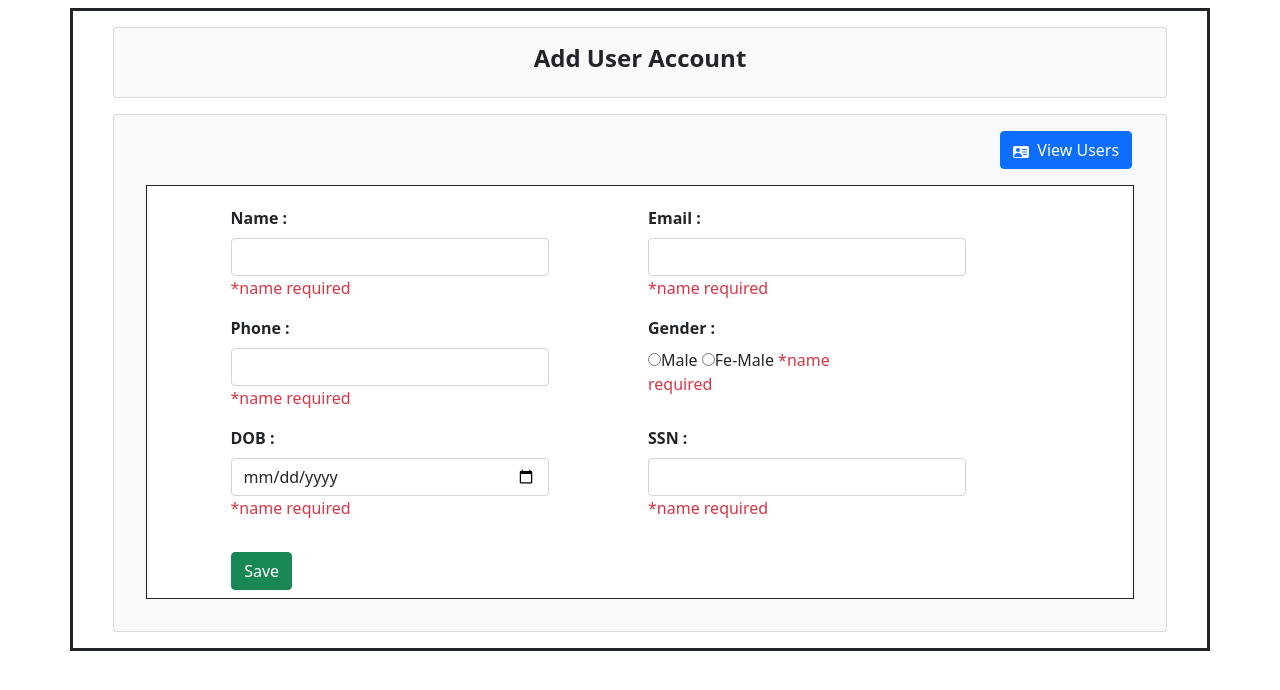
Repository: Umapathy-G/MiniProjects
Page: http://localhost/useraccount
These files come from the project's save history. The page is drawn as it stood at one moment and after the next save; the edit follows.
The browser window is 1280 px wide. The pictures show the whole page.
The page is this project's Thymeleaf template; nobody is signed in. The template is opened directly, without the code that normally fills it, so the values that code supplies are empty.

Above is the page before, as saved 2023-09-09 04:29:56.

After the next save:
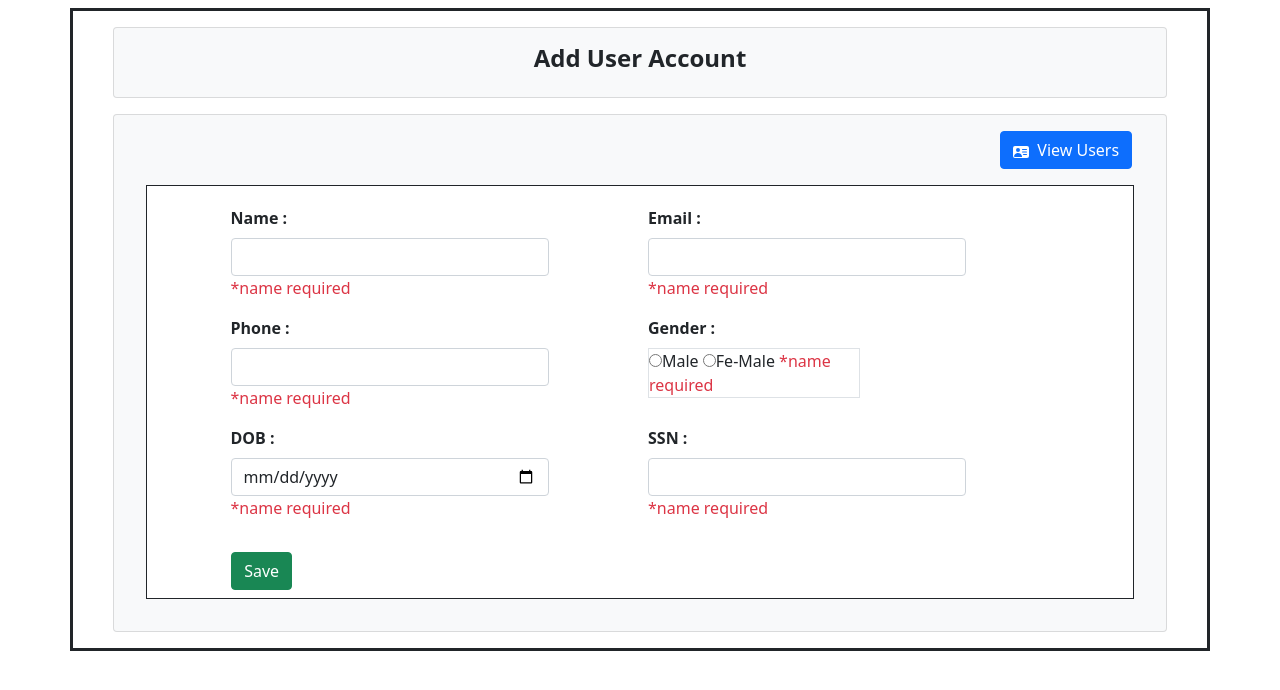
Saved 7 s later.
--- a/01-MiniProject-UserManagement/src/main/resources/templates/useraccount.html
+++ b/01-MiniProject-UserManagement/src/main/resources/templates/useraccount.html
@@ -48,7 +48,7 @@
 							</div>
 							<div class="col-4 offset-1">
 								<label class="form-label"><b>Gender :</b></label>
-								<div class="col-8">
+								<div class="col-8 border">
 									<input type="radio" th:field="*{gender}" value="M">Male
 									<input type="radio" th:field="*{gender}" value="F">Fe-Male
 									<span class="text-danger">*name required</span>
